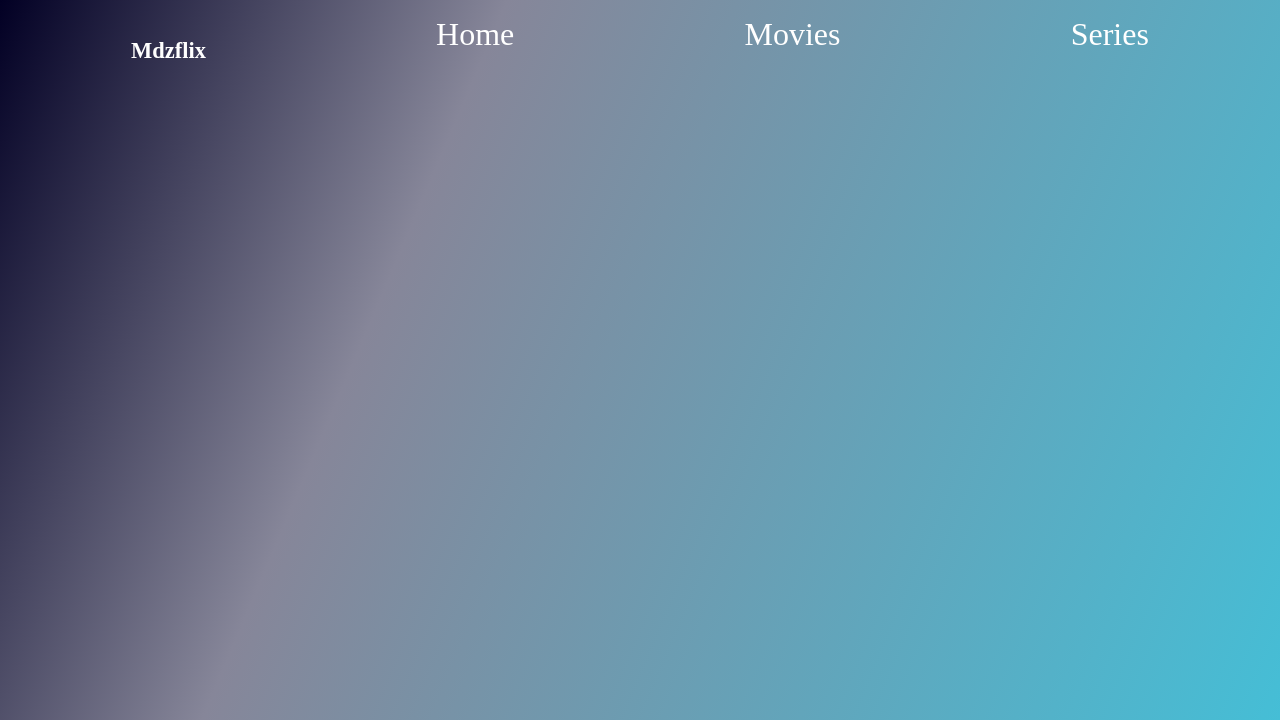
Repository: leo7mdz/app-movies-react
Page: /
The author's editor kept a copy of each file at every save. The page is drawn from the files as they stood at one save, then again after the next save.
The browser window is 1280 px wide. The pictures show the whole page.
The page's requests for data from a server got no answer. The project was rebuilt for these pictures with package versions that can differ from the ones it lists, and the page was loaded fresh each time. No one was signed in, and anything a server would have sent is missing. Also part of the build but not shown: vite.config.js, src/components/details.module.css, src/pages/Details.jsx, src/pages/ErrorPage.jsx, src/components/Card.module.css, src/components/Card.jsx, src/components/GridCard.module.css, src/components/loader.module.css and 10 more.

Above is the page before, as saved 2023-03-13 17:46:11.

After the next save:
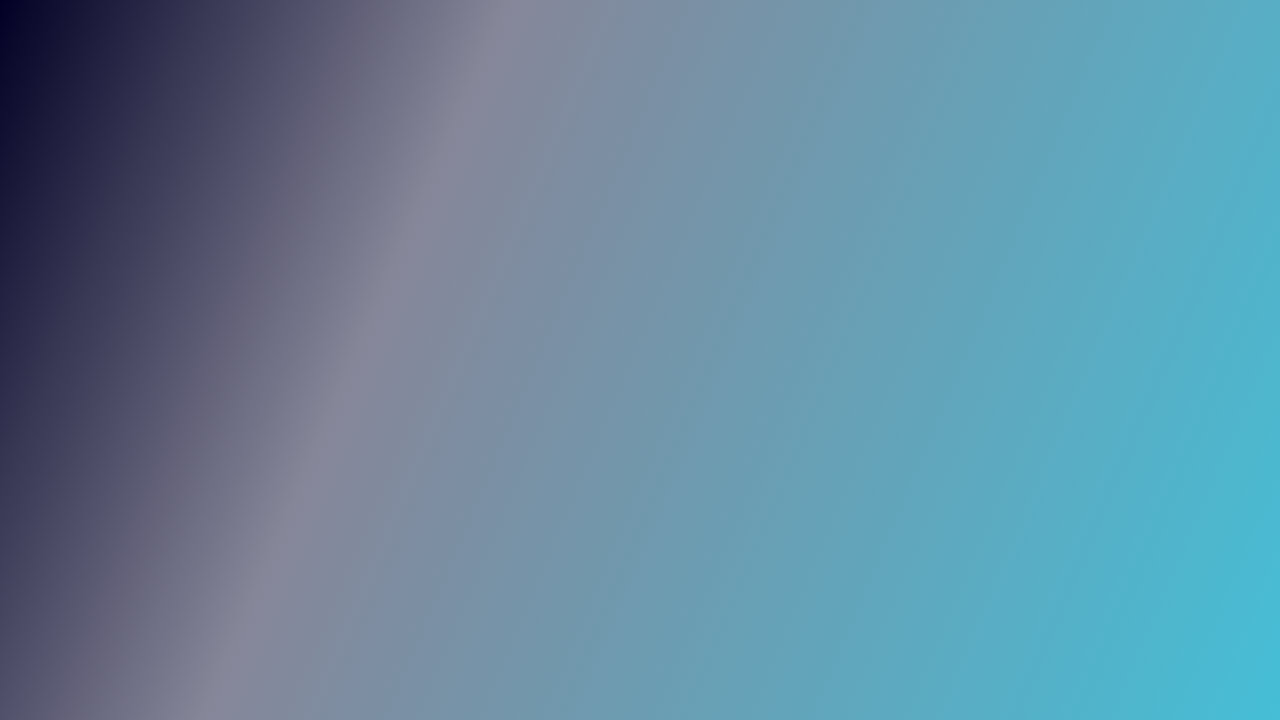
Console error: ReferenceError: Movies is not defined
Saved 20 h 34 min later.
--- a/src/App.jsx
+++ b/src/App.jsx
@@ -18,6 +18,7 @@
 
             <Routes>
               <Route path="/" element={<Home types="movie" />} />
+              <Route path="/movies" element={<Movies types="movie" />} />
               <Route path="/series" element={<Series types="tv" />} />
               <Route path="*" element={<ErrorPage />} />
               <Route path="/details/:type/:id" element={<Details />} />

After the 2 saves that followed:
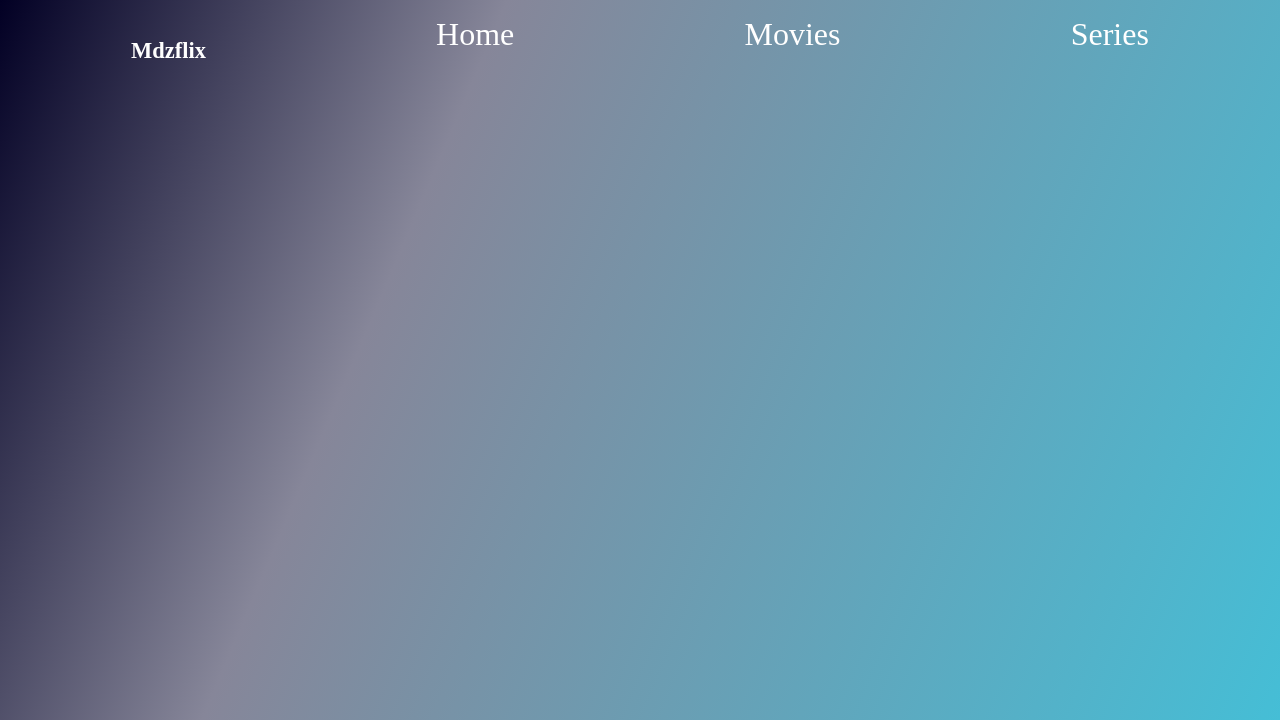
The error is gone.
The 2 saves are shown as one change because 1 left the picture as it was.
The last was saved 92 s later.
--- a/src/App.jsx
+++ b/src/App.jsx
@@ -7,6 +7,7 @@
 import ErrorPage from "./pages/ErrorPage";
 import Home from "./pages/Home";
 import Series from "./pages/Series";
+import Movies from "./pages/Movies";
 
 function App() {
   return (
@@ -17,7 +18,7 @@
             <NavBar />
 
             <Routes>
-              <Route path="/" element={<Home types="movie" />} />
+              <Route path="/" element={<Home />} />
               <Route path="/movies" element={<Movies types="movie" />} />
               <Route path="/series" element={<Series types="tv" />} />
               <Route path="*" element={<ErrorPage />} />
